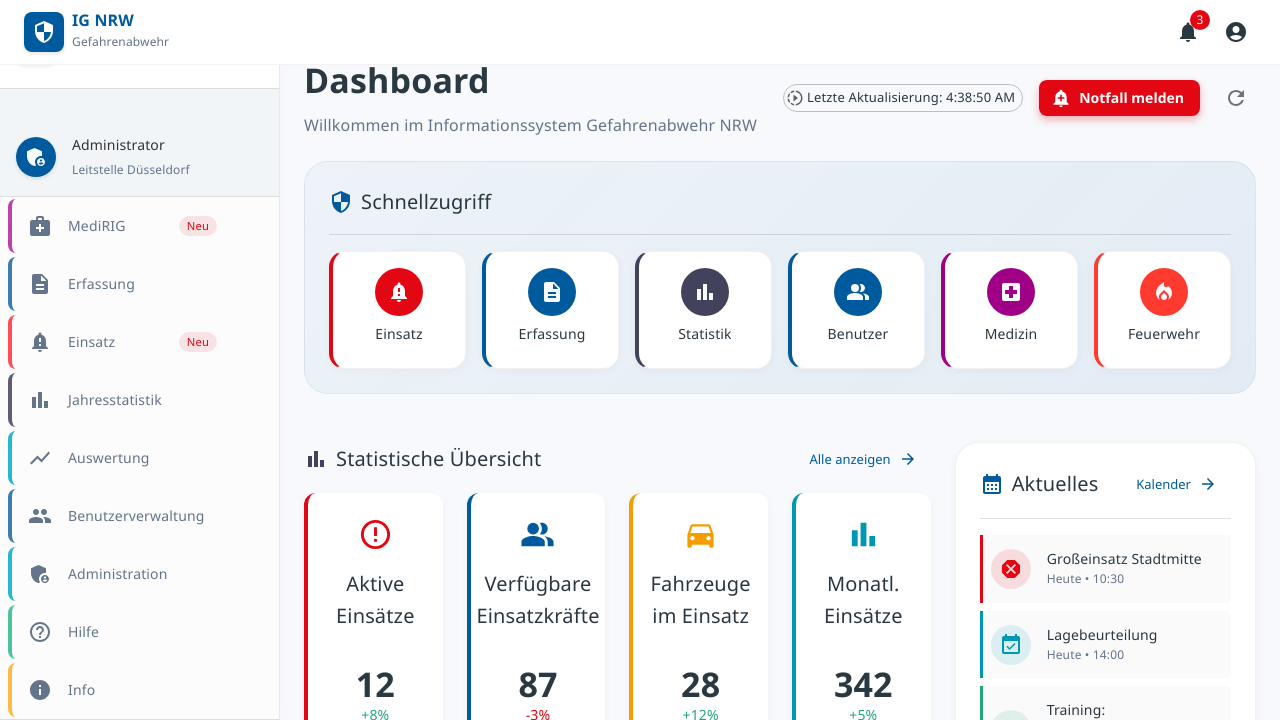
Repository: bynrw/sidebar
Page: /
An editor plug-in stored every save of this project. The page is shown before and after the next save, followed by the edit.
The browser window is 1280 px wide. The pictures show the whole page.
An inner scrolling area shows only its first screen. The project was rebuilt for these pictures with package versions that can differ from the ones it lists, and the page was loaded fresh each time.

Above is the page before, as saved 2025-04-22 11:23:15.

### public/index.html
<!DOCTYPE html>
<html lang="en">
  <head>
    <meta charset="utf-8" />
    <link rel="icon" href="%PUBLIC_URL%/favicon.ico" />
    <meta name="viewport" content="width=device-width, initial-scale=1" />
    <meta name="theme-color" content="#000000" />
    <meta
      name="description"
      content="Modern React Application with Material UI"
    />
    <link rel="apple-touch-icon" href="%PUBLIC_URL%/logo192.png" />
    <link rel="manifest" href="%PUBLIC_URL%/manifest.json" />
    <link
      rel="stylesheet"
      href="https://fonts.googleapis.com/css?family=Roboto:300,400,500,700&display=swap"
    />
    <title>React App with Modern Sidebar</title>
  </head>
  <body>
    <noscript>You need to enable JavaScript to run this app.</noscript>
    <div id="root"></div>
  </body>
</html>

### src/index.js
import React from 'react';
import ReactDOM from 'react-dom/client';
import { BrowserRouter } from 'react-router-dom';
import App from './App';
import { CssBaseline } from '@mui/material';
import { ThemeProvider, createTheme } from '@mui/material/styles';

// Create a theme instance with modern colors
const theme = createTheme({
  palette: {
    primary: {
      main: '#1976d2',
    },
    secondary: {
      main: '#dc004e',
    },
    background: {
      default: '#f5f5f5',
    },
  },
  typography: {
    fontFamily: '"Roboto", "Helvetica", "Arial", sans-serif',
  },
});

const root = ReactDOM.createRoot(document.getElementById('root'));
root.render(
  <React.StrictMode>
    <ThemeProvider theme={theme}>
      <CssBaseline />
      <BrowserRouter>
        <App />
      </BrowserRouter>
    </ThemeProvider>
  </React.StrictMode>
);

### src/App.js
import React from 'react';
import { Routes, Route } from 'react-router-dom';
import { ThemeProvider, CssBaseline } from '@mui/material';
import theme from './theme';

// Layout
import MainLayout from './components/layout/MainLayout';

// Pages
import HomePage from './components/pages/HomePage';
import Erfassung from './components/pages/Erfassung';
import Auswertung from './components/pages/Auswertung';
import Administration from './components/pages/Administration';
import Hilfe from './components/pages/Hilfe';
import Info from './components/pages/Info';
import Einsatz from './components/pages/Einsatz';
import Benutzerverwaltung from './components/pages/Benutzerverwaltung';
import MediRIG from './components/pages/MediRIG';
import Jahresstatistik from './components/pages/Jahresstatistik';

function App() {
  return (
    <ThemeProvider theme={theme}>
      <CssBaseline />
      <Routes>
        <Route path="/" element={<MainLayout />}>
          <Route index element={<HomePage />} />
          <Route path="erfassung/*" element={<Erfassung />} />
          <Route path="medirig/*" element={<MediRIG />} />
          <Route path="auswertung/*" element={<Auswertung />} />
          <Route path="administration/*" element={<Administration />} />
          <Route path="hilfe/*" element={<Hilfe />} />
          <Route path="info/*" element={<Info />} />
          <Route path="einsatz/*" element={<Einsatz />} />
          <Route path="benutzerverwaltung/*" element={<Benutzerverwaltung />} />
          <Route path="jahresstatistik/*" element={<Jahresstatistik />} />
        </Route>
      </Routes>
    </ThemeProvider>
  );
}

export default App;

### src/components/pages/Hilfe.js
import React from 'react';
import { Box, Typography, Paper, Breadcrumbs, Link, Container, Grid, Card, CardContent, CardActions, Button } from '@mui/material';
import { Routes, Route, Link as RouterLink, useLocation, useNavigate } from 'react-router-dom';
import NavigateNextIcon from '@mui/icons-material/NavigateNext';
import MenuBookIcon from '@mui/icons-material/MenuBook';
import SchoolIcon from '@mui/icons-material/School';
import QuestionAnswerIcon from '@mui/icons-material/QuestionAnswer';
import theme from '../../theme';

// Untermenü-Struktur
const subMenuItems = [
  {
    title: 'Dokumentation',
    description: 'Vollständige Systemdokumentation einsehen',
    icon: <MenuBookIcon fontSize="large" sx={{ color: 'success.main' }} />,
    path: '/hilfe/dokumentation'
  },
  {
    title: 'Tutorial',
    description: 'Schritt-für-Schritt Anleitungen folgen',
    icon: <SchoolIcon fontSize="large" sx={{ color: 'success.main' }} />,
    path: '/hilfe/tutorial'
  },
  {
    title: 'FAQ',
    description: 'Antworten auf häufig gestellte Fragen',
    icon: <QuestionAnswerIcon fontSize="large" sx={{ color: 'success.main' }} />,
    path: '/hilfe/faq'
  }
];

// Subpages
const Dokumentation = () => (
  <Paper sx={{ p: 3 }}>
    <Typography variant="h5" gutterBottom>Dokumentation</Typography>
    <Typography variant="body1">Ausführliche Dokumentation zum System.</Typography>
  </Paper>
);

const Tutorial = () => (
  <Paper sx={{ p: 3 }}>
    <Typography variant="h5" gutterBottom>Tutorial</Typography>
    <Typography variant="body1">Schritt-für-Schritt Anleitungen für Systemfunktionen.</Typography>
  </Paper>
);

const FAQ = () => (
  <Paper sx={{ p: 3 }}>
    <Typography variant="h5" gutterBottom>FAQ</Typography>
    <Typography variant="body1">Häufig gestellte Fragen und deren Antworten.</Typography>
  </Paper>
);

function Hilfe() {
  const location = useLocation();
  const navigate = useNavigate();
  const pathSegments = location.pathname.split('/').filter(Boolean);

  return (
    <Container maxWidth="lg">
      <Box sx={{ mb: 4 }}>
        <Typography variant="h4" gutterBottom>Hilfe</Typography>
        <Breadcrumbs
          separator={<NavigateNextIcon fontSize="small" />}
          aria-label="breadcrumb"
          sx={{ mb: 3 }}
        >
          <Link component={RouterLink} to="/" underline="hover" color="inherit">
            Home
          </Link>
          <Link component={RouterLink} to="/hilfe" underline="hover" color="inherit">
            Hilfe
          </Link>
          {pathSegments.length > 1 && (
            <Typography color="text.primary">
              {pathSegments[1].charAt(0).toUpperCase() + pathSegments[1].slice(1)}
            </Typography>
          )}
        </Breadcrumbs>
      </Box>

      <Box sx={{ mb: 3 }}>
        <Routes>
          <Route index element={
            <Box>
              <Typography variant="h5" gutterBottom sx={{ mb: 3 }}>Hilfebereich</Typography>
              <Typography variant="body1" paragraph>
                In diesem Bereich finden Sie Hilfestellungen, Dokumentationen und Tutorials zur Verwendung des Systems.
              </Typography>

              <Grid container spacing={3}>
                {subMenuItems.map((item) => (
                  <Grid item xs={12} sm={6} md={4} key={item.title}>
                    <Card
                      sx={{
                        height: '100%',
                        display: 'flex',
                        flexDirection: 'column',
                        transition: 'transform 0.2s, box-shadow 0.2s',
                        '&:hover': {
                          transform: 'translateY(-5px)',
                          boxShadow: 4,
                        },
                        cursor: 'pointer',
                        borderRadius: 3,
                        border: '1px solid rgba(0,0,0,0.05)',
                        borderLeft: `4px solid ${theme.palette.success.main}`
                      }}
                      onClick={() => navigate(item.path)}
                    >
                      <CardContent sx={{ padding: 3, flexGrow: 1, display: 'flex', flexDirection: 'column', alignItems: 'center', textAlign: 'center' }}>
                        <Box sx={{ mb: 2, display: 'flex', justifyContent: 'center' }}>
                          {item.icon}
                        </Box>
                        <Typography variant="h6" component="h2" gutterBottom>
                          {item.title}
                        </Typography>
                        <Typography variant="body2" color="text.secondary">
                          {item.description}
                        </Typography>
                      </CardContent>
                      <CardActions sx={{ justifyContent: 'center', pb: 2 }}>
                        <Button size="small" color="success" onClick={() => navigate(item.path)}>
                          Öffnen
                        </Button>
                      </CardActions>
                    </Card>
                  </Grid>
                ))}
              </Grid>
            </Box>
          } />
          <Route path="dokumentation" element={<Dokumentation />} />
          <Route path="tutorial" element={<Tutorial />} />
          <Route path="faq" element={<FAQ />} />
        </Routes>
      </Box>
    </Container>
  );
}

export default Hilfe;

### src/components/pages/Info.js
import React from 'react';
import { Box, Typography, Paper, Breadcrumbs, Link, Container, Grid, Card, CardContent, CardActions, Button } from '@mui/material';
import { Routes, Route, Link as RouterLink, useLocation, useNavigate } from 'react-router-dom';
import NavigateNextIcon from '@mui/icons-material/NavigateNext';
import NewReleasesIcon from '@mui/icons-material/NewReleases';
import GavelIcon from '@mui/icons-material/Gavel';
import InfoIcon from '@mui/icons-material/Info';
import theme from '../../theme';

// Untermenü-Struktur
const subMenuItems = [
  {
    title: 'Versionshinweise',
    description: 'Informationen zu Versionen und Updates',
    icon: <NewReleasesIcon fontSize="large" sx={{ color: 'warning.main' }} />,
    path: '/info/versions'
  },
  {
    title: 'Lizenzen',
    description: 'Lizenzinformationen und rechtliche Hinweise',
    icon: <GavelIcon fontSize="large" sx={{ color: 'warning.main' }} />,
    path: '/info/lizenzen'
  },
  {
    title: 'Über',
    description: 'Allgemeine Systeminformationen',
    icon: <InfoIcon fontSize="large" sx={{ color: 'warning.main' }} />,
    path: '/info/ueber'
  }
];

// Subpages
const Versions = () => (
  <Paper sx={{ p: 3 }}>
    <Typography variant="h5" gutterBottom>Versionshinweise</Typography>
    <Typography variant="body1">Informationen zu Systemversionen und Updates.</Typography>
  </Paper>
);

const Lizenzen = () => (
  <Paper sx={{ p: 3 }}>
    <Typography variant="h5" gutterBottom>Lizenzen</Typography>
    <Typography variant="body1">Lizenzinformationen und rechtliche Hinweise.</Typography>
  </Paper>
);

const About = () => (
  <Paper sx={{ p: 3 }}>
    <Typography variant="h5" gutterBottom>Über</Typography>
    <Typography variant="body1">Allgemeine Informationen über das System und seine Entwicklung.</Typography>
  </Paper>
);

function Info() {
  const location = useLocation();
  const navigate = useNavigate();
  const pathSegments = location.pathname.split('/').filter(Boolean);

  return (
    <Container maxWidth="lg">
      <Box sx={{ mb: 4 }}>
        <Typography variant="h4" gutterBottom>Info</Typography>
        <Breadcrumbs
          separator={<NavigateNextIcon fontSize="small" />}
          aria-label="breadcrumb"
          sx={{ mb: 3 }}
        >
          <Link component={RouterLink} to="/" underline="hover" color="inherit">
            Home
          </Link>
          <Link component={RouterLink} to="/info" underline="hover" color="inherit">
            Info
          </Link>
          {pathSegments.length > 1 && (
            <Typography color="text.primary">
              {pathSegments[1].charAt(0).toUpperCase() + pathSegments[1].slice(1)}
            </Typography>
          )}
        </Breadcrumbs>
      </Box>

      <Box sx={{ mb: 3 }}>
        <Routes>
          <Route index element={
            <Box>
              <Typography variant="h5" gutterBottom sx={{ mb: 3 }}>Informationsbereich</Typography>
              <Typography variant="body1" paragraph>
                In diesem Bereich finden Sie allgemeine Informationen zum System, Versionshinweise und Lizenzinformationen.
              </Typography>

              <Grid container spacing={3}>
                {subMenuItems.map((item) => (
                  <Grid item xs={12} sm={6} md={4} key={item.title}>
                    <Card
                      sx={{
                        height: '100%',
                        display: 'flex',
                        flexDirection: 'column',
                        transition: 'transform 0.2s, box-shadow 0.2s',
                        '&:hover': {
                          transform: 'translateY(-5px)',
                          boxShadow: 4,
                        },
                        cursor: 'pointer',
                        borderRadius: 3,
                        border: '1px solid rgba(0,0,0,0.05)',
                        borderLeft: `4px solid ${theme.palette.warning.main}`
                      }}
                      onClick={() => navigate(item.path)}
                    >
                      <CardContent sx={{ padding: 3, flexGrow: 1, display: 'flex', flexDirection: 'column', alignItems: 'center', textAlign: 'center' }}>
                        <Box sx={{ mb: 2, display: 'flex', justifyContent: 'center' }}>
                          {item.icon}
                        </Box>
                        <Typography variant="h6" component="h2" gutterBottom>
                          {item.title}
                        </Typography>
                        <Typography variant="body2" color="text.secondary">
                          {item.description}
                        </Typography>
                      </CardContent>
                      <CardActions sx={{ justifyContent: 'center', pb: 2 }}>
                        <Button size="small" color="warning" onClick={() => navigate(item.path)}>
                          Öffnen
                        </Button>
                      </CardActions>
                    </Card>
                  </Grid>
                ))}
              </Grid>
            </Box>
          } />
          <Route path="versions" element={<Versions />} />
          <Route path="lizenzen" element={<Lizenzen />} />
          <Route path="ueber" element={<About />} />
        </Routes>
      </Box>
    </Container>
  );
}

export default Info;

### src/components/pages/MediRIG.js
import React from 'react';
import { Box, Typography, Paper, Breadcrumbs, Link, Container, Grid } from '@mui/material';
import { Routes, Route, Link as RouterLink, useLocation, useNavigate } from 'react-router-dom';
import NavigateNextIcon from '@mui/icons-material/NavigateNext';
import PeopleAltIcon from '@mui/icons-material/PeopleAlt';
import LocalHospitalIcon from '@mui/icons-material/LocalHospital';
import SearchIcon from '@mui/icons-material/Search';
import CustomCard from '../layout/CustomCard';

// MediRIG Untermenüs
const mediRIGSubMenuItems = [
  {
    title: 'Teilnehmer Bettnachweis',
    description: 'Verwaltung der Teilnehmer am Bettennachweis',
    icon: <PeopleAltIcon fontSize="large" sx={{ color: 'medical.main' }} />,
    path: '/medirig/teilnehmer-bettnachweis',
    borderStyle: {
      borderLeft: '4px solid',
      borderColor: 'medical.main'
    }
  },
  {
    title: 'Krankenhausdaten',
    description: 'Daten der Krankenhäuser verwalten',
    icon: <LocalHospitalIcon fontSize="large" sx={{ color: 'medical.main' }} />,
    path: '/medirig/krankenhausdaten',
    borderStyle: {
      borderLeft: '4px solid',
      borderColor: 'medical.main'
    }
  },
  {
    title: 'Krankenhaussuche',
    description: 'Krankenhäuser nach verschiedenen Kriterien suchen',
    icon: <SearchIcon fontSize="large" sx={{ color: 'medical.main' }} />,
    path: '/medirig/krankenhaussuche',
    borderStyle: {
      borderLeft: '4px solid',
      borderColor: 'medical.main'
    }
  }
];

// MediRIG Subcomponents
const TeilnehmerBettnachweis = () => (
  <Paper sx={{ p: 3 }}>
    <Typography variant="h5" gutterBottom>Teilnehmer Bettnachweis</Typography>
    <Typography variant="body1">Verwaltung und Übersicht aller Teilnehmer am Bettennachweis.</Typography>
  </Paper>
);

const Krankenhausdaten = () => (
  <Paper sx={{ p: 3 }}>
    <Typography variant="h5" gutterBottom>Krankenhausdaten</Typography>
    <Typography variant="body1">Hier können Sie die Daten der Krankenhäuser einsehen und bearbeiten.</Typography>
  </Paper>
);

const Krankenhaussuche = () => (
  <Paper sx={{ p: 3 }}>
    <Typography variant="h5" gutterBottom>Krankenhaussuche</Typography>
    <Typography variant="body1">Suchen Sie nach Krankenhäusern anhand verschiedener Kriterien.</Typography>
  </Paper>
);

function MediRIG() {
  const location = useLocation();
  const navigate = useNavigate();
  const pathSegments = location.pathname.split('/').filter(Boolean);

  return (
    <Container maxWidth="lg">
      <Box sx={{ mb: 4 }}>
        <Typography variant="h4" gutterBottom>MediRIG</Typography>
        <Breadcrumbs
          separator={<NavigateNextIcon fontSize="small" />}
          aria-label="breadcrumb"
          sx={{ mb: 3 }}
        >
          <Link component={RouterLink} to="/" underline="hover" color="inherit">
            Home
          </Link>
          <Link component={RouterLink} to="/medirig" underline="hover" color="inherit">
            MediRIG
          </Link>
          {pathSegments.length > 1 && (
            <Typography color="text.primary">
              {pathSegments[1].split('-').map(word => word.charAt(0).toUpperCase() + word.slice(1)).join(' ')}
            </Typography>
          )}
        </Breadcrumbs>
      </Box>

      <Box sx={{ mb: 3 }}>
        <Routes>
          <Route index element={
            <Box>
              <Typography variant="h5" gutterBottom sx={{ mb: 3 }}>MediRIG - Medizinisches Rettungsinformationsgerät</Typography>
              <Typography variant="body1" paragraph>
                MediRIG unterstützt medizinisches Personal bei der Erfassung und Dokumentation von Patientendaten im Rettungseinsatz.
              </Typography>

              <Grid container spacing={3}>
                {mediRIGSubMenuItems.map((item) => (
                  <Grid item xs={12} sm={6} md={4} key={item.title}>
                    <CustomCard
                      title={item.title}
                      description={item.description}
                      icon={item.icon}
                      path={item.path}
                      accentColor="medical.main"
                    />
                  </Grid>
                ))}
              </Grid>
            </Box>
          } />

          {/* MediRIG Untermenüs */}
          <Route path="teilnehmer-bettnachweis" element={<TeilnehmerBettnachweis />} />
          <Route path="krankenhausdaten" element={<Krankenhausdaten />} />
          <Route path="krankenhaussuche" element={<Krankenhaussuche />} />
        </Routes>
      </Box>
    </Container>
  );
}

export default MediRIG;

### src/components/layout/CustomCard.js
import React from 'react';
import { Card, CardContent, CardActions, Typography, Box, Button } from '@mui/material';
import { useNavigate } from 'react-router-dom';

/**
 * Einheitliche Kachelkomponente für das gesamte Projekt
 *
 * @param {Object} props - Die Komponenten-Props
 * @param {string} props.title - Titel der Kachel
 * @param {string} props.description - Beschreibung der Kachel
 * @param {React.ReactNode} props.icon - Icon-Komponente
 * @param {string} props.path - Navigationspfad (optional)
 * @param {string} props.accentColor - Akzentfarbe (default: 'primary.main')
 * @param {Object} props.stats - Statistikdaten (optional) { value, unit, change }
 * @param {Object} props.additionalInfo - Zusätzliche Informationen (optional)
 * @param {function} props.onClick - Optionale Click-Handler-Funktion
 */
const CustomCard = ({
  title,
  description,
  icon,
  path,
  accentColor = 'primary.main',
  stats,
  additionalInfo,
  onClick,
  children
}) => {
  const navigate = useNavigate();

  const handleClick = () => {
    if (onClick) {
      onClick();
    } else if (path) {
      navigate(path);
    }
  };

  return (
    <Card
      sx={{
        height: '100%',
        display: 'flex',
        flexDirection: 'column',
        transition: 'transform 0.2s, box-shadow 0.2s',
        '&:hover': {
          transform: 'translateY(-5px)',
          boxShadow: 4,
        },
        cursor: path || onClick ? 'pointer' : 'default',
        borderLeft: '4px solid',
        borderColor: accentColor
      }}
      onClick={handleClick}
    >
      <CardContent sx={{
        padding: 3,
        flexGrow: 1,
        display: 'flex',
        flexDirection: 'column',
        alignItems: 'center',
        textAlign: 'center'
      }}>
        {icon && (
          <Box sx={{ mb: 2, display: 'flex', justifyContent: 'center' }}>
            {React.cloneElement(icon, {
              fontSize: "large",
              sx: { color: accentColor }
            })}
          </Box>
        )}

        <Typography variant="h6" component="h2" gutterBottom>
          {title}
        </Typography>

        <Typography variant="body2" color="text.secondary" sx={{ mb: 2 }}>
          {description}
        </Typography>

        {stats && (
          <Box sx={{ width: '100%', mt: 1 }}>
            <Typography variant="h4" component="div" sx={{ fontWeight: 'bold' }}>
              {stats.value}{stats.unit && <Typography component="span" variant="body2">{stats.unit}</Typography>}
            </Typography>

            {stats.change && (
              <Typography
                variant="body2"
                sx={{
                  color: stats.change > 0 ? 'success.main' : 'error.main',
                  display: 'flex',
                  alignItems: 'center',
                  justifyContent: 'center'
                }}
              >
                {stats.change > 0 ? '+' : ''}{stats.change}%
              </Typography>
            )}
          </Box>
        )}

        {additionalInfo && (
          <Box sx={{ width: '100%', mt: 2 }}>
            {Object.entries(additionalInfo).map(([key, value]) => (
              <Typography key={key} variant="body2" sx={{ display: 'flex', justifyContent: 'space-between' }}>
                <span>{key}:</span>
                <span>{value}</span>
              </Typography>
            ))}
          </Box>
        )}

        {children}
      </CardContent>

      {path && (
        <CardActions sx={{ justifyContent: 'center', pb: 2 }}>
          <Button size="small" color="primary" onClick={() => navigate(path)}>
            Öffnen
          </Button>
        </CardActions>
      )}
    </Card>
  );
};

export default CustomCard;

Loaded but not shown: src/components/layout/MainLayout.js (1500 lines, source omitted); src/components/pages/Erfassung.js (883 lines, source omitted); src/components/pages/HomePage.js (710 lines, source omitted); src/components/pages/Jahresstatistik.js (483 lines, source omitted); src/components/pages/Auswertung.js (332 lines, source omitted); src/components/pages/Administration.js (310 lines, source omitted); src/components/pages/Benutzerverwaltung.js (314 lines, source omitted); src/components/pages/Einsatz.js (238 lines, source omitted); src/theme.js (324 lines, source omitted)

After the next save:
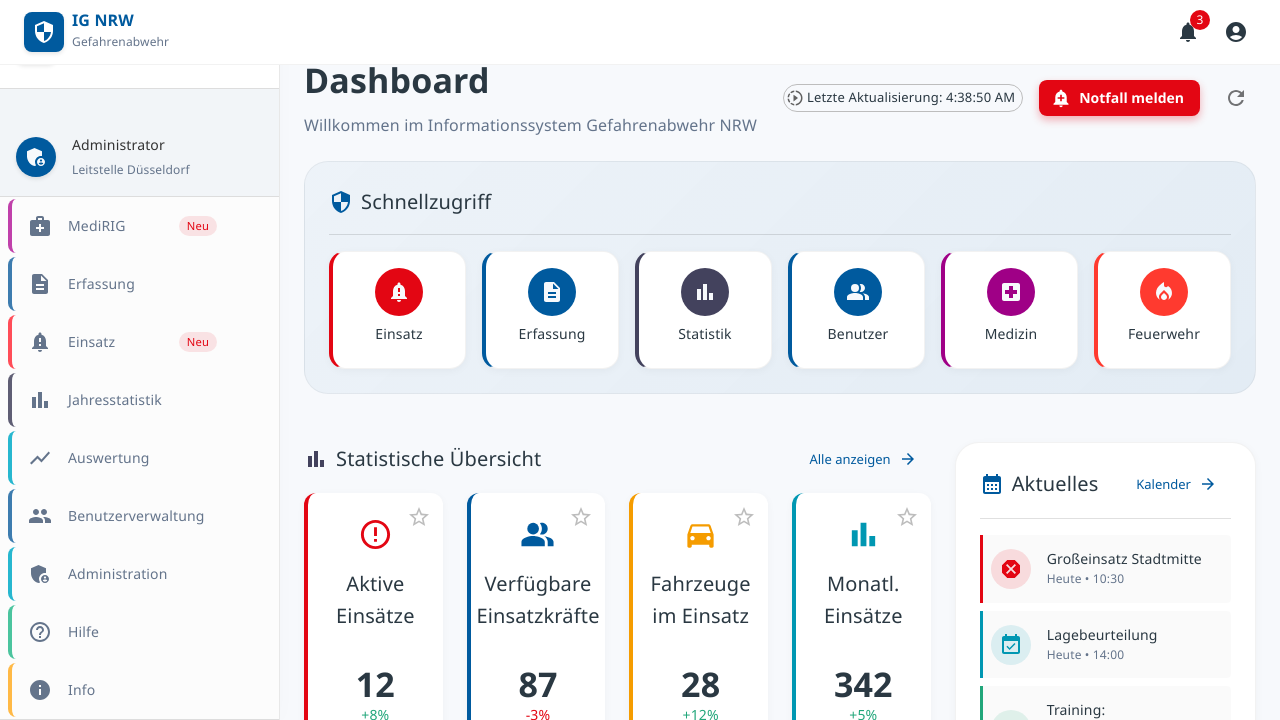
Saved 119 s later.
--- a/src/components/layout/CustomCard.js
+++ b/src/components/layout/CustomCard.js
@@ -1,6 +1,8 @@
 import React from 'react';
-import { Card, CardContent, CardActions, Typography, Box, Button } from '@mui/material';
+import { Card, CardContent, CardActions, Typography, Box, Button, IconButton } from '@mui/material';
 import { useNavigate } from 'react-router-dom';
+import StarIcon from '@mui/icons-material/Star';
+import StarBorderIcon from '@mui/icons-material/StarBorder';
 
 /**
  * Einheitliche Kachelkomponente für das gesamte Projekt
@@ -27,6 +29,7 @@ const CustomCard = ({
   children
 }) => {
   const navigate = useNavigate();
+  const [isFavorite, setIsFavorite] = React.useState(false);
 
   const handleClick = () => {
     if (onClick) {
@@ -34,6 +37,11 @@ const CustomCard = ({
     } else if (path) {
       navigate(path);
     }
+  };
+
+  const handleFavoriteClick = (e) => {
+    e.stopPropagation(); // Verhindert, dass das Klickereignis zur übergeordneten Karte weitergeleitet wird
+    setIsFavorite(!isFavorite);
   };
 
   return (
@@ -49,10 +57,32 @@ const CustomCard = ({
         },
         cursor: path || onClick ? 'pointer' : 'default',
         borderLeft: '4px solid',
-        borderColor: accentColor
+        borderColor: accentColor,
+        position: 'relative'
       }}
       onClick={handleClick}
     >
+      {/* Stern-Icon in der oberen rechten Ecke */}
+      <IconButton
+        sx={{
+          position: 'absolute',
+          top: 8,
+          right: 8,
+          zIndex: 1,
+          color: isFavorite ? 'gold' : 'grey.400',
+          backgroundColor: 'rgba(255, 255, 255, 0.7)',
+          width: 32,
+          height: 32,
+          '&:hover': {
+            backgroundColor: 'rgba(255, 255, 255, 0.9)',
+          }
+        }}
+        onClick={handleFavoriteClick}
+        size="small"
+      >
+        {isFavorite ? <StarIcon /> : <StarBorderIcon />}
+      </IconButton>
+
       <CardContent sx={{
         padding: 3,
         flexGrow: 1,
